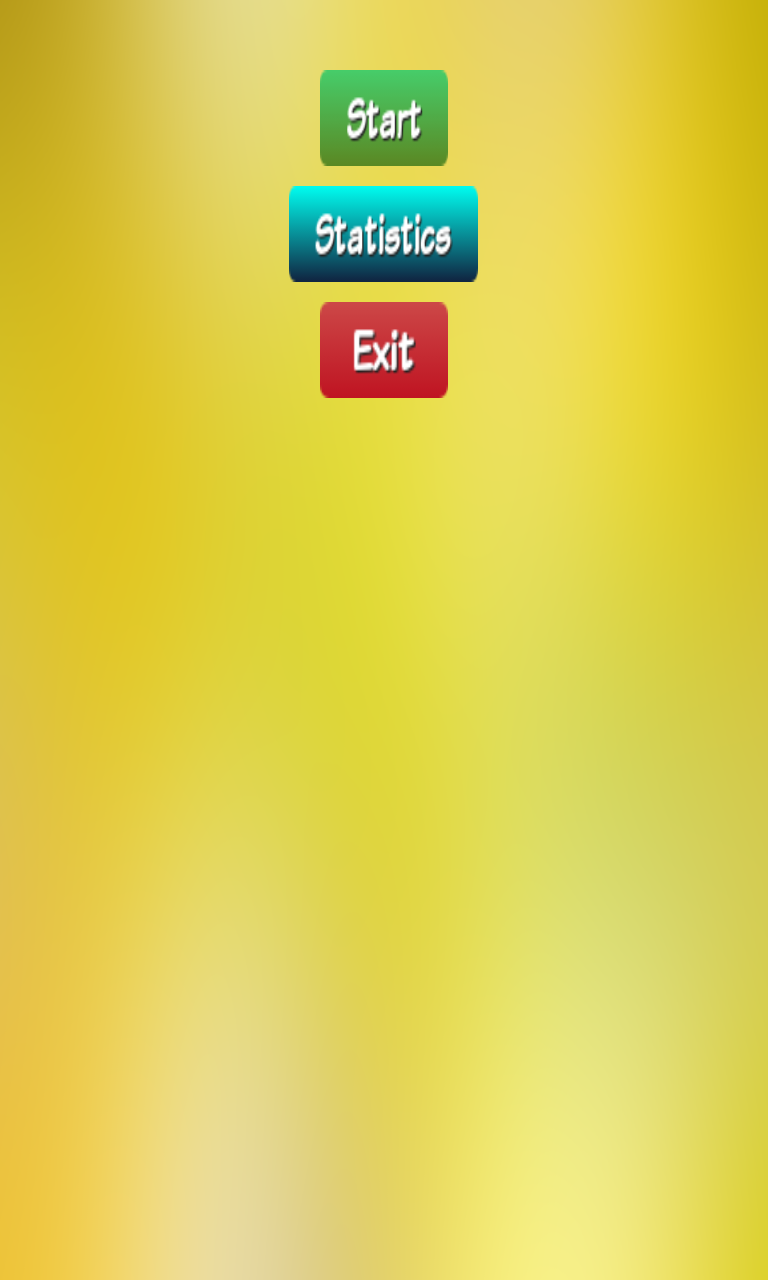
Repository: kingstonbg/workspaceAndroid
Layout: TaxiRoute/res/layout/activity_main_menu.xml
These files come from the project's save history. The layout is drawn as it stood at one moment and after the next save; the edit follows.
It is drawn on a 768 x 1280 px phone screen (xhdpi) without system bars, with theme AppTheme; the app's code is not run.

Above is the layout before, as saved 2013-01-24 23:21:39.

### TaxiRoute/res/layout/activity_main_menu.xml
<?xml version="1.0" encoding="utf-8"?>
<LinearLayout xmlns:android="http://schemas.android.com/apk/res/android"
    android:layout_width="match_parent"
    android:layout_height="match_parent"
    android:background="@drawable/bgtest"
    android:gravity="center_horizontal"
    android:orientation="vertical" >

    <ImageView
        android:id="@+id/buttonFb"
        android:layout_width="wrap_content"
        android:layout_height="wrap_content"
        android:layout_margin="15dp" />

    <Button
        android:id="@+id/buttonStart"
        android:layout_width="wrap_content"
        android:layout_height="wrap_content"
        android:layout_margin="5dp"
        android:background="@drawable/buttonstart" />


    <Button
        android:id="@+id/buttonStatistics"
        android:layout_width="wrap_content"
        android:layout_height="wrap_content"
        android:layout_margin="5dp"
        android:background="@drawable/buttonstatistics" />


    <Button
        android:id="@+id/buttonExit"
        android:layout_width="wrap_content"
        android:layout_height="wrap_content"
        android:layout_marginTop="5dp"
        android:background="@drawable/buttonexit" />

</LinearLayout>

### TaxiRoute/res/drawable-hdpi/login_button.xml
<?xml version="1.0" encoding="utf-8"?>
<!--
    Copyright 2012 Facebook

    Licensed under the Apache License, Version 2.0 (the "License");
    you may not use this file except in compliance with the License.
    You may obtain a copy of the License at

       http://www.apache.org/licenses/LICENSE-2.0

    Unless required by applicable law or agreed to in writing, software
    distributed under the License is distributed on an "AS IS" BASIS,
    WITHOUT WARRANTIES OR CONDITIONS OF ANY KIND, either express or implied.
    See the License for the specific language governing permissions and
    limitations under the License.
-->

<selector xmlns:android="http://schemas.android.com/apk/res/android">
	<item android:state_pressed="true" android:drawable="@drawable/login_down" />
	<item android:drawable="@drawable/login" /> <!-- default -->
</selector>

Loaded but not shown: TaxiRoute/res/values/styles.xml (common file); TaxiRoute/res/values-v11/styles.xml (common file); TaxiRoute/res/values-v14/styles.xml (common file)

After the next save:
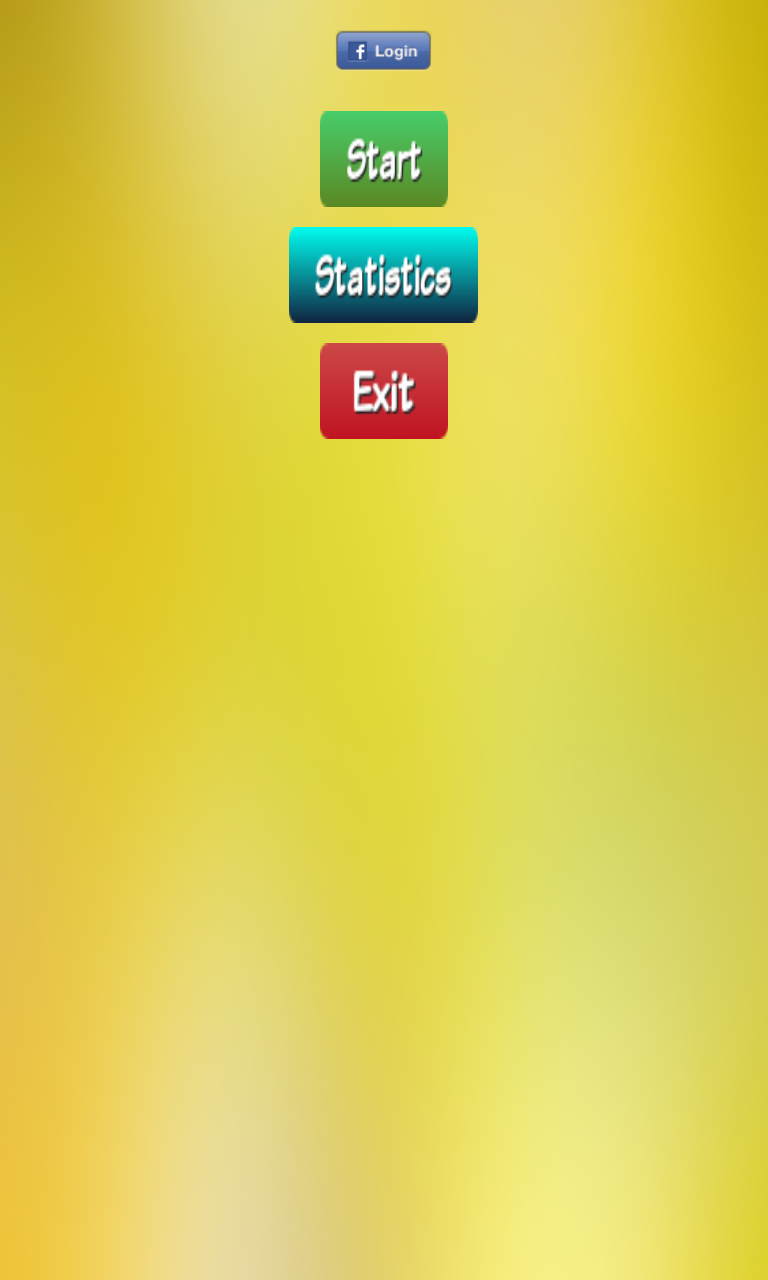
Saved 6 min 49 s later.
--- a/TaxiRoute/res/layout/activity_main_menu.xml
+++ b/TaxiRoute/res/layout/activity_main_menu.xml
@@ -10,7 +10,8 @@
         android:id="@+id/buttonFb"
         android:layout_width="wrap_content"
         android:layout_height="wrap_content"
-        android:layout_margin="15dp" />
+        android:layout_margin="15dp"
+        android:src="@drawable/login_button" />
 
     <Button
         android:id="@+id/buttonStart"
